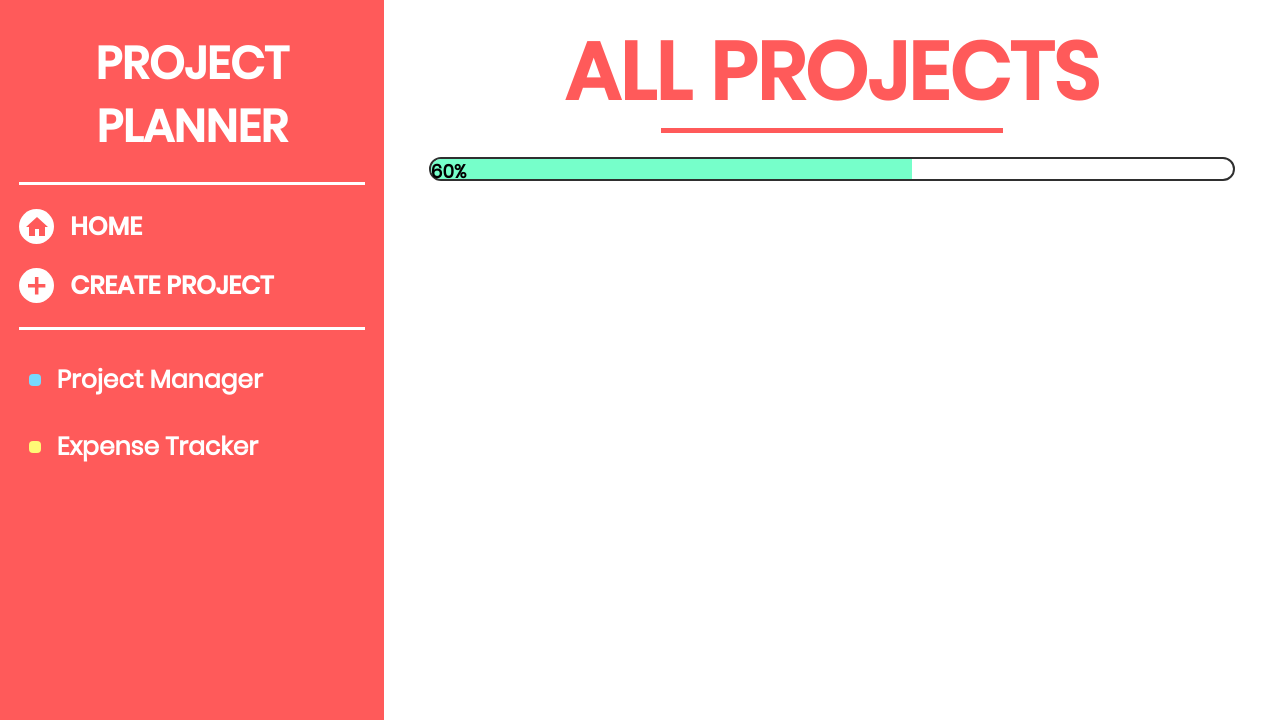
Repository: AzharMoosa/project-manager
Page: /
The author's editor kept a copy of each file at every save. The page is drawn from the files as they stood at one save, then again after the next save.
The browser window is 1280 px wide. The pictures show the whole page.
The project was rebuilt for these pictures with package versions that can differ from the ones it lists, and the page was loaded fresh each time.

Above is the page before, as saved 2020-06-22 10:56:41.

After the next save:
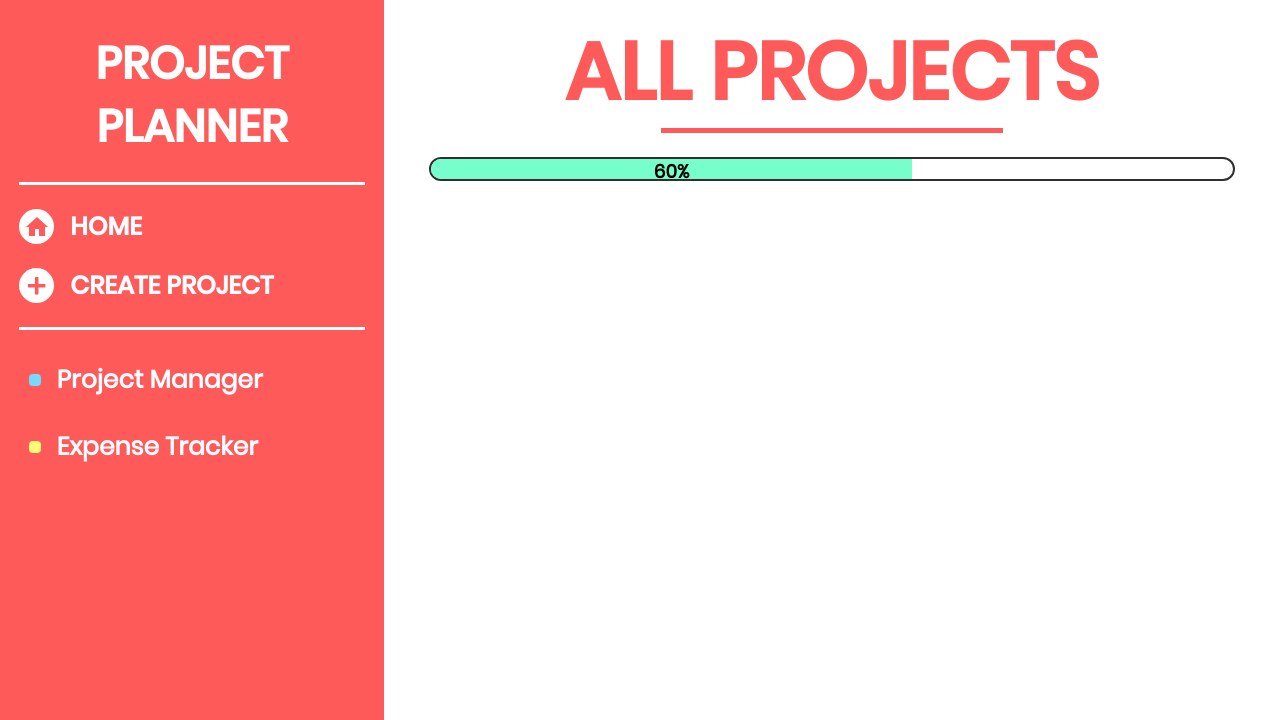
Saved 10 s later.
--- a/src/App.css
+++ b/src/App.css
@@ -171,3 +171,7 @@ body {
   height: 20px;
   border-radius: 10px 0 0 10px;
 }
+
+.progressbar h3 {
+  text-align: center;
+}

After the save that followed:
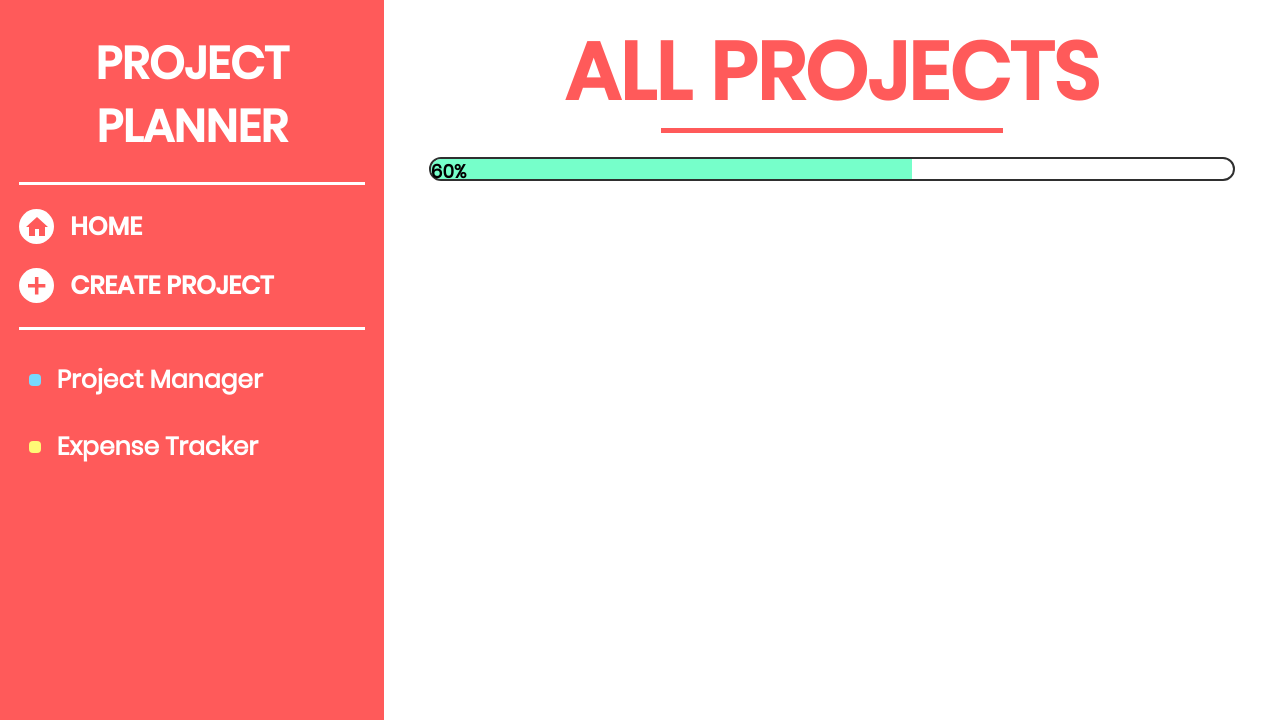
Saved 5 s later.
--- a/src/App.css
+++ b/src/App.css
@@ -173,5 +173,5 @@ body {
 }
 
 .progressbar h3 {
-  text-align: center;
+  vertical-align: center;
 }
